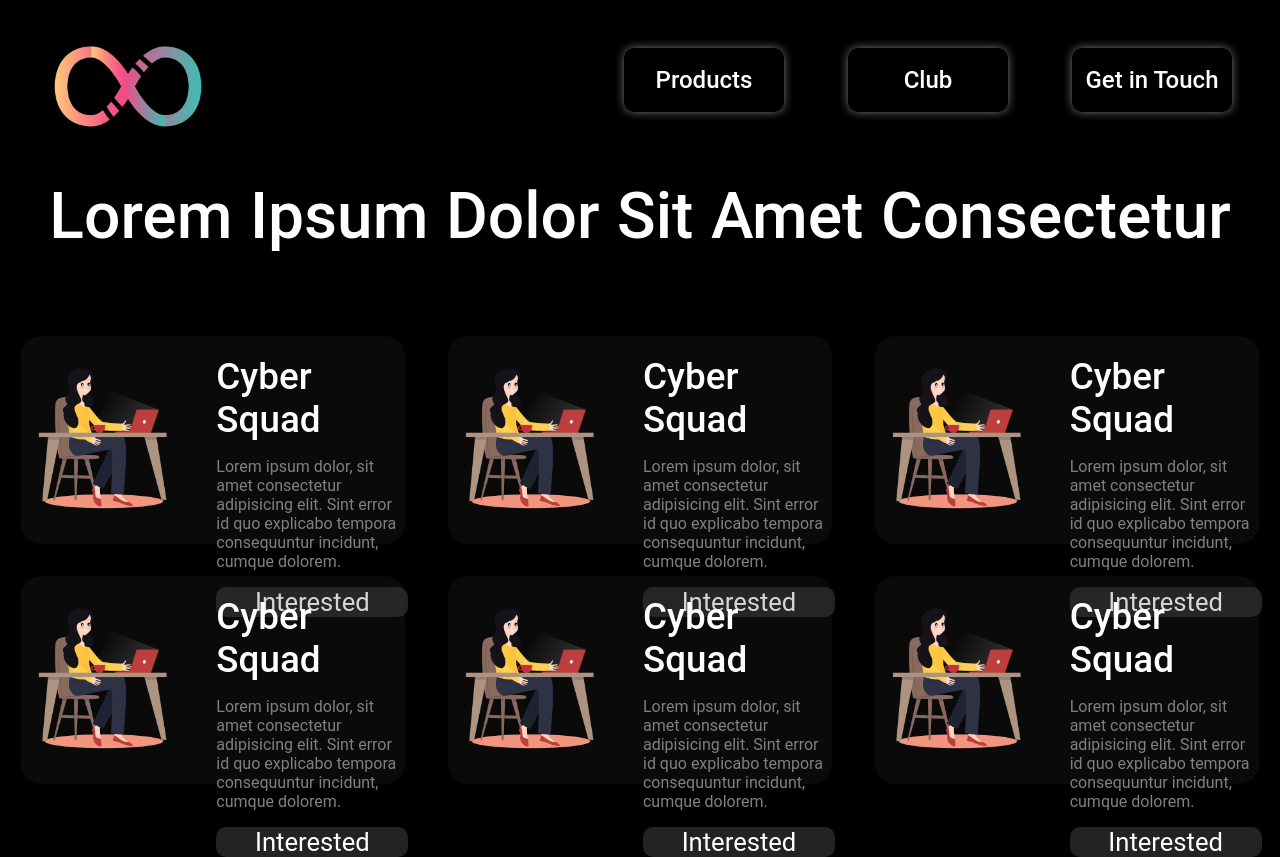
Repository: kapil4457/vizion-internship-project
Page: /
An editor plug-in stored every save of this project. The page is shown before and after the next save, followed by the edit.
The browser window is 1280 px wide. The pictures show the whole page.
The project was rebuilt for these pictures with package versions that can differ from the ones it lists, and the page was loaded fresh each time. Also part of the build but not shown: src/index.css.

Above is the page before, as saved 2022-10-29 10:20:08.

After the next save:
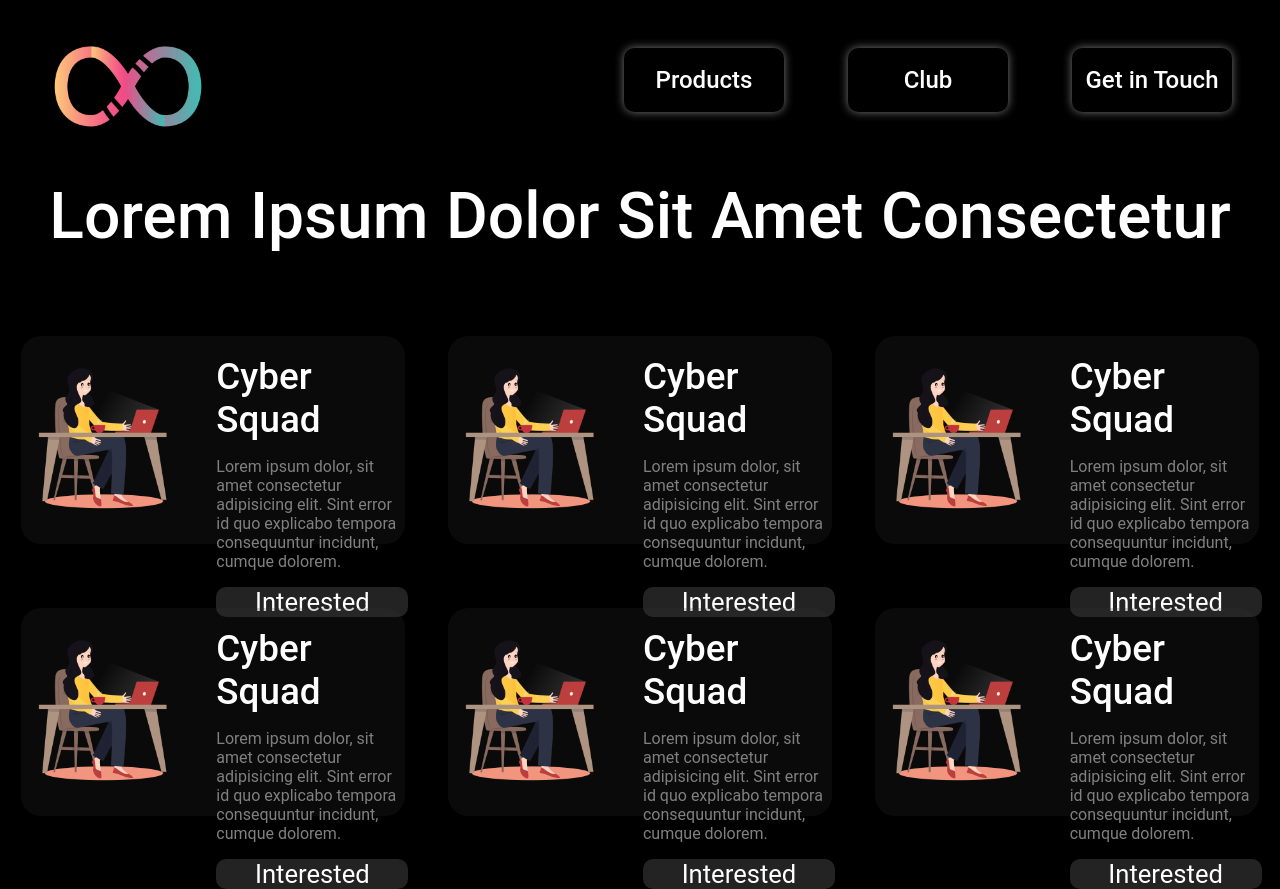
Saved 18 s later.
--- a/src/components/Home/Home.css
+++ b/src/components/Home/Home.css
@@ -24,6 +24,6 @@
 .main-home > .home-card-container{
     display:grid;
     grid-template-columns: 1fr 1fr 1fr;
-    row-gap: 2rem;
+    row-gap: 4rem;
     place-items: center;
 }

After the save that followed:
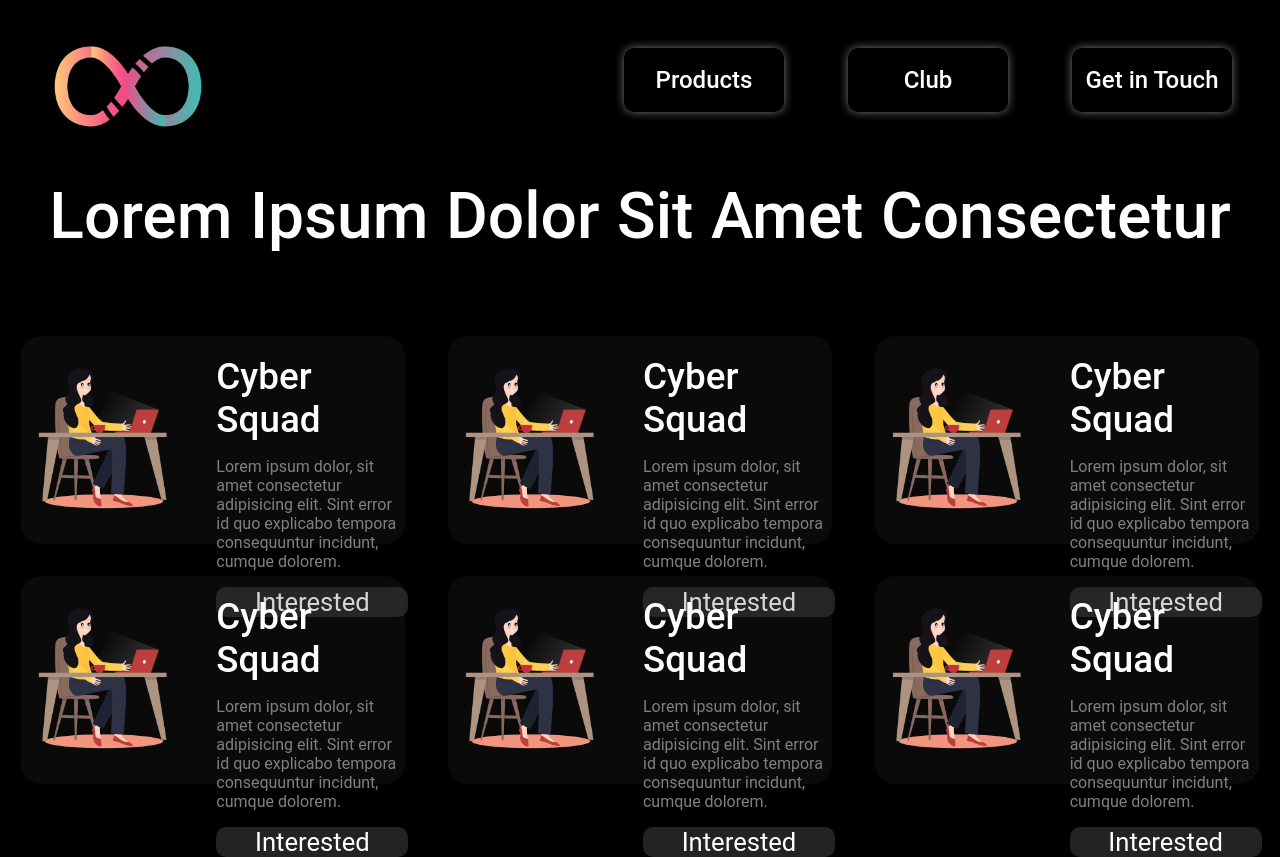
Saved 5 s later.
--- a/src/components/Home/Home.css
+++ b/src/components/Home/Home.css
@@ -24,6 +24,6 @@
 .main-home > .home-card-container{
     display:grid;
     grid-template-columns: 1fr 1fr 1fr;
-    row-gap: 4rem;
+    row-gap: 2rem;
     place-items: center;
 }
